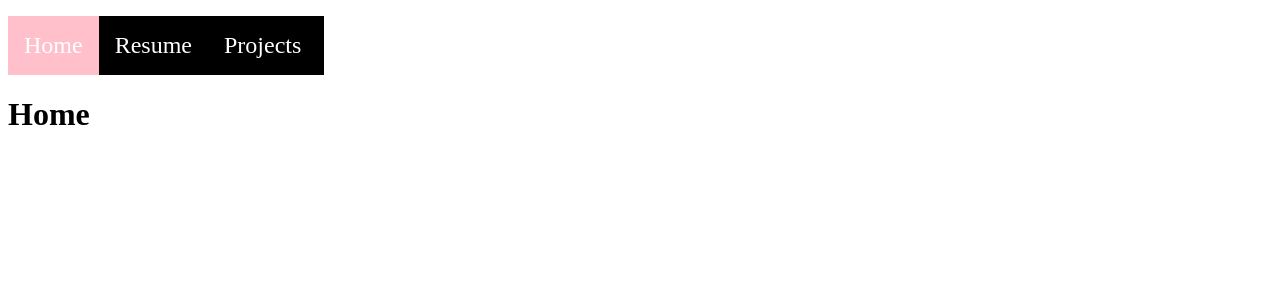
Repository: Peng-uin/Peng-uin.github.io
Page: index.html
The author's editor kept a record of every edit. The page is drawn from the files as they stood at one moment, then again after the next edit.
The browser window is 1280 px wide. The pictures show the whole page.

Above is the page before.

### index.html
<!DOCTYPE html>
<html>
    <head>
        <title>Page Title</title>
        <link rel="stylesheet" type="text/css" href="style.css">
    </head>
    <body>
        <ul class="navbar">
            <li class="active"><a href="index.html">Home</a></li>
            <li><a href="resume.html">Resume</a></li>
            <li class="dropdown">
                <div>Projects</div>
                <ul class="dropdown-content">
                    <li><a href="#">Project1</a></li>
                     <li><a href="#">Project2</a></li>
                      <li><a href="#">Project3</a></li>
                </ul>

            </li>
        </ul>
        <h1>Home</h1>
    </body>
</html>

### style.css
.navbar{
                list-style: none;
                background-color: black;
                overflow: hidden;
                padding: 0;
                width: 25%;
            }
            .navbar a, .dropdown div{
                text-decoration: none;
                color: white;
                font-size:24px;
                padding: 16px;
                display: inline-block;
            }
            .navbar li{
                float: left;
            }
            .navbar li:hover{
                background-color: pink;
            }
            .dropdown-content{
                list-style: none;
                padding: 0;
                display: none;
                position: absolute;
                z-index: 1;
                background-color: black;
            }
            .dropdown-content li{
                float:none;
            }
            .dropdown:hover .dropdown-content{
                display: block;

            }
            .active{
                background-color: pink;
            }

After the next edit:
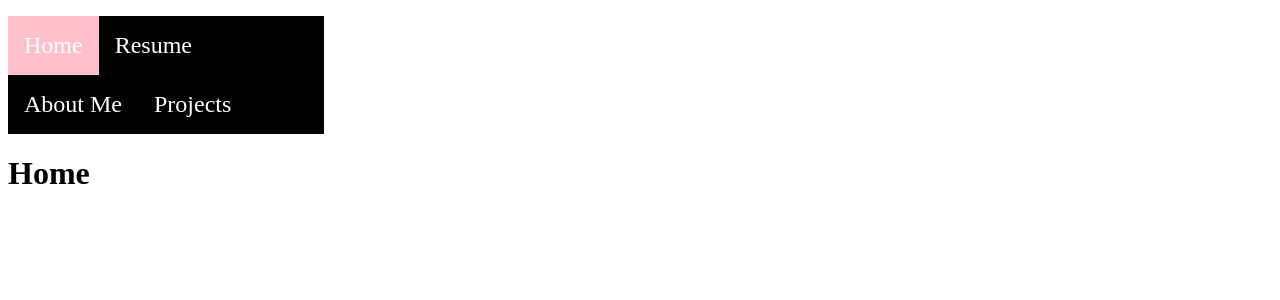
The edit:
--- a/index.html
+++ b/index.html
@@ -8,6 +8,7 @@
         <ul class="navbar">
             <li class="active"><a href="index.html">Home</a></li>
             <li><a href="resume.html">Resume</a></li>
+            <li class=:"active"><a href="aboutme.html">About Me</a></li>
             <li class="dropdown">
                 <div>Projects</div>
                 <ul class="dropdown-content">
